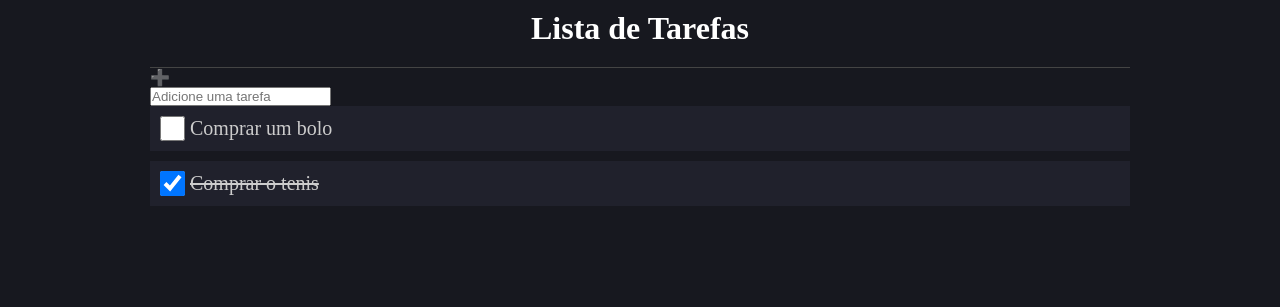
Repository: Wink07/lista-tarefas
Page: /
These files come from the project's save history. The page is drawn as it stood at one moment and after the next save; the edit follows.
The browser window is 1280 px wide. The pictures show the whole page.
The project was rebuilt for these pictures with package versions that can differ from the ones it lists, and the page was loaded fresh each time. Also part of the build but not shown: vite.config.ts.

Above is the page before, as saved 2022-05-10 20:07:33.

After the next save:
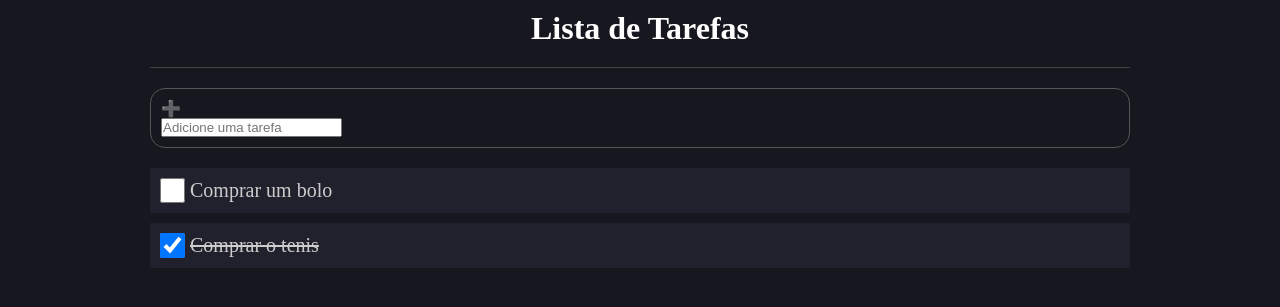
Saved 55 s later.
--- a/src/components/AddArea/styles.ts
+++ b/src/components/AddArea/styles.ts
@@ -1,5 +1,8 @@
 import styled  from 'styled-components';
 
 export const Container = styled.div`
-
+    border: 1px solid #555;
+    border-radius: 15px;
+    padding: 10px;
+    margin: 20px 0;
 `;
